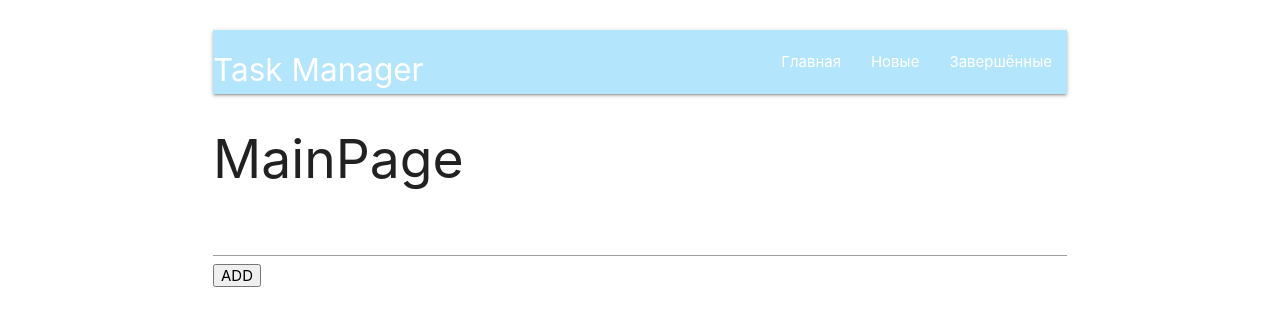
Repository: iveivs/myReactTaskManager
Page: /
The author's editor kept a copy of each file at every save. The page is drawn from the files as they stood at one save, then again after the next save.
The browser window is 1280 px wide. The pictures show the whole page.
The project was rebuilt for these pictures with package versions that can differ from the ones it lists, and the page was loaded fresh each time. Also part of the build but not shown: vite.config.js, src/components/DoneTasks.jsx, src/components/NewTasks.jsx.

Above is the page before, as saved 2024-02-12 08:32:51.

After the next save:
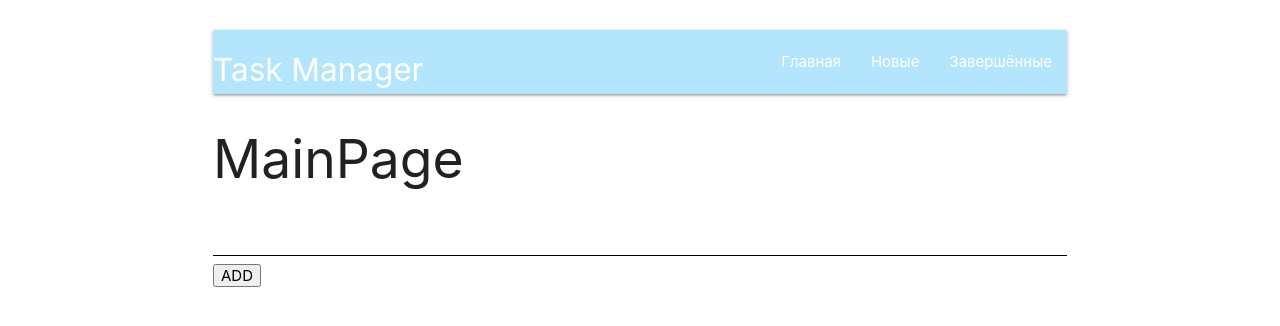
Saved 82 s later.
--- a/src/index.css
+++ b/src/index.css
@@ -1,3 +1,3 @@
 .inputMain {
-    border-bottom: 1px solid #000;
+    border-bottom: 1px solid #000 !important;
 }
